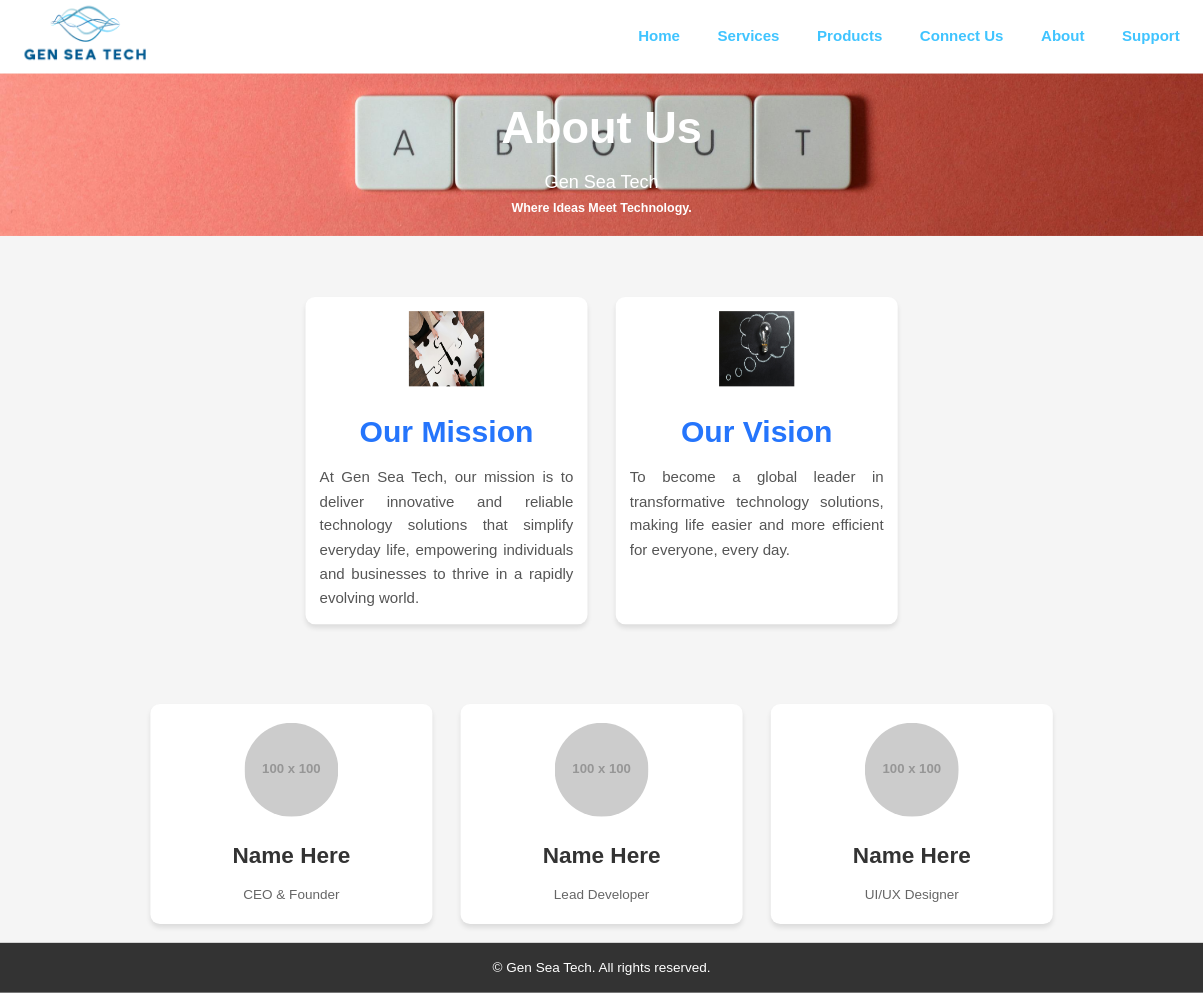
Repository: aniketkhatawkar/Gen_Sea_Tech
Page: http://localhost/GenSeaTech/about.jsp
The author's editor kept a copy of each file at every save. The page is drawn from the files as they stood at one save, then again after the next save.
The browser window is 1280 px wide. The pictures show the whole page, at 94% of full size.
The page is served by Tomcat 10. Other server files are loaded and not shown.

Above is the page before, as saved 2024-12-14 12:01:01.

### GenSeaTech/src/main/webapp/about.jsp
<!DOCTYPE html>
<html lang="en">
<head>
<meta charset="UTF-8">
<meta name="viewport" content="width=device-width, initial-scale=1.0">
<title>About</title>
<link rel="icon" href="assets/logo.png" type="image/png" >
<style>
    * {
        margin: 0;
        padding: 0;
        box-sizing: border-box;
        font-family: 'Arial', sans-serif;
    }

    body {
        background-color: #f5f5f5;
        color: #333;
        overflow-x: hidden;
    }

    header {
	    background:  url("assets/about.jpg") no-repeat center center;
	    background-size: cover;
	    object-fit: cover;
	    color: white;
	    padding: 20px 10px;
	    text-align: center;
	}

    header h1 {
        font-size: 3rem;
        margin-bottom: 5px;
    }

    header p {
        font-size: 1.2rem;
    }

    .mission-vision-section {
        display: flex;
        flex-wrap: wrap;
        justify-content: center;
        gap: 30px;
        margin: 15px;
        padding: 50px;
    }

    .mission-vision-card {
        background: white;
        border-radius: 10px;
        box-shadow: 0 4px 6px rgba(0, 0, 0, 0.1);
        padding: 15px;
        text-align: center;
        width: 300px;
        transition: transform 0.3s ease, box-shadow 0.3s ease;
    }

    .mission-vision-card img {
        width: 80px;
        height: 80px;
        margin-bottom: 15px;
    }

    .mission-vision-card h2 {
        font-size: 2rem;
        color: #2575fc;
        margin-bottom: 10px;
    }

    .mission-vision-card p {
        font-size: 1rem;
        line-height: 1.6;
        color: #555;
        text-align: justify;
    }

    .about-section {
        display: flex;
        flex-wrap: wrap;
        justify-content: center;
        padding: 20px 10px;
        gap: 30px;
    }

    .about-card {
        background: white;
        border-radius: 10px;
        box-shadow: 0 4px 6px rgba(0, 0, 0, 0.1);
        padding: 20px;
        text-align: center;
        width: 300px;
        transition: transform 0.3s ease, box-shadow 0.3s ease;
    }

    .about-card:hover {
        transform: translateY(-10px);
        box-shadow: 0 8px 12px rgba(0, 0, 0, 0.2);
    }

    .about-card img {
        width: 100px;
        height: 100px;
        border-radius: 50%;
        margin-bottom: 15px;
    }

    .about-card h3 {
        margin-bottom: 10px;
        font-size: 1.5rem;
    }

    .about-card p {
        font-size: 0.9rem;
        color: #666;
    }

    @media (max-width: 768px) {
        header h1 {
            font-size: 2.5rem;
        }

        .mission-vision-card {
            width: 100%;
            max-width: 400px;
        }

        .about-card {
            width: 100%;
            max-width: 300px;
        }
    }
</style>
</head>
<body>
	<!-- NavBar -->
	<%@ include file="navbar.jsp" %>

    <header>
        <h1>About Us</h1>
        <p>Gen Sea Tech</p>
        <h5>Where Ideas Meet Technology.</h5>
    </header>

    <section class="mission-vision-section">
        <div class="mission-vision-card">
            <img src="assets/mission.jpg" alt="Mission Icon">
            <h2>Our Mission</h2>
            <p>At Gen Sea Tech, our mission is to deliver innovative and reliable technology solutions that simplify everyday life, empowering individuals and businesses to thrive in a rapidly evolving world.</p>
        </div>

        <div class="mission-vision-card">
            <img src="assets/vision.jpg" alt="Vision Icon">
            <h2>Our Vision</h2>
            <p>To become a global leader in transformative technology solutions, making life easier and more efficient for everyone, every day.</p>
        </div>
    </section>

    <section class="about-section" id="team">
        <div class="about-card">
            <img src="https://via.placeholder.com/100" alt="Team Member">
            <h3>Name Here</h3>
            <p>CEO & Founder</p>
        </div>

        <div class="about-card">
            <img src="https://via.placeholder.com/100" alt="Team Member">
            <h3>Name Here</h3>
            <p>Lead Developer</p>
        </div>

        <div class="about-card">
            <img src="https://via.placeholder.com/100" alt="Team Member">
            <h3>Name Here</h3>
            <p>UI/UX Designer</p>
        </div>
    </section>

	<!-- Footer -->
    <%@ include file="footer.jsp" %>
</body>
</html>

### GenSeaTech/src/main/webapp/navbar.jsp
<%@ page language="java" contentType="text/html; charset=UTF-8"
    pageEncoding="UTF-8"%>
<!DOCTYPE html>
<html>
<head>
<meta charset="UTF-8">
<title>Gen Sea Tech</title>
<link rel="icon" href="assets/logo.png" type="image/png" >
<style>
* {
	margin: 0;
	padding: 0;
	box-sizing: border-box;
	font-family: Arial, sans-serif;
}

body {
	line-height: 1.6;
}
.navbar {
	background-color: #ffffff;
	color: #fff;
	padding: 5px 5px;
	display: flex;
	justify-content: space-between;
	align-items: center;
	position: relative;
}

.navbar a {
	color: #40c4ff;
	text-decoration: none;
	margin: 0 20px;
	font-weight: bold;
}

.navbar a:hover {
	color: #757575;
}

.links {
	display: flex;
}
@media (max-width: 768px) {
	.links {
		display: none;
		flex-direction: column;
		background-color: #333;
		position: absolute;
		top: 50px;
		right: 10px;
		width: 200px;
		border-radius: 5px;
		box-shadow: 0px 4px 6px rgba(0, 0, 0, 0.1);
	}

	.links a {
		margin: 10px 0;
		text-align: center;
	}

	.hamburger {
		display: flex;
	}

	.links.active {
		display: flex;
	}
}
</style>
</head>
<body>
	<div class="navbar">
		<div class="logo">
        <a href="home.jsp"><img src="assets/namelogo.png" alt="Gen Sea Tech Logo" style="height: 60px; margin-right: 10px;"></a>
    	</div>
		<div class="links">
			<a href="home.jsp">Home</a>
			<a href="services.jsp">Services</a>
			<a href="products.jsp">Products</a>
			<a href="connectus.jsp">Connect Us</a>
			<a href="about.jsp">About</a>
			<a href="#support.jsp">Support</a>
		</div>
	</div>
</body>
</html>

### GenSeaTech/src/main/webapp/footer.jsp
<%@ page language="java" contentType="text/html; charset=UTF-8"
    pageEncoding="UTF-8"%>
<!DOCTYPE html>
<html>

<head>

<style>
	footer {
        background-color: #333;
        color: white;
        text-align: center;
        padding: 15px;
        margin-top: 0px;
    }

    footer p {
        font-size: 0.9rem;
    }
</style>

	<meta charset="UTF-8">
	<title>Footer</title>
</head>

<body>
	<footer>
        <p>&copy; Gen Sea Tech. All rights reserved.</p>
    </footer>
</body>

</html>

After the next save:
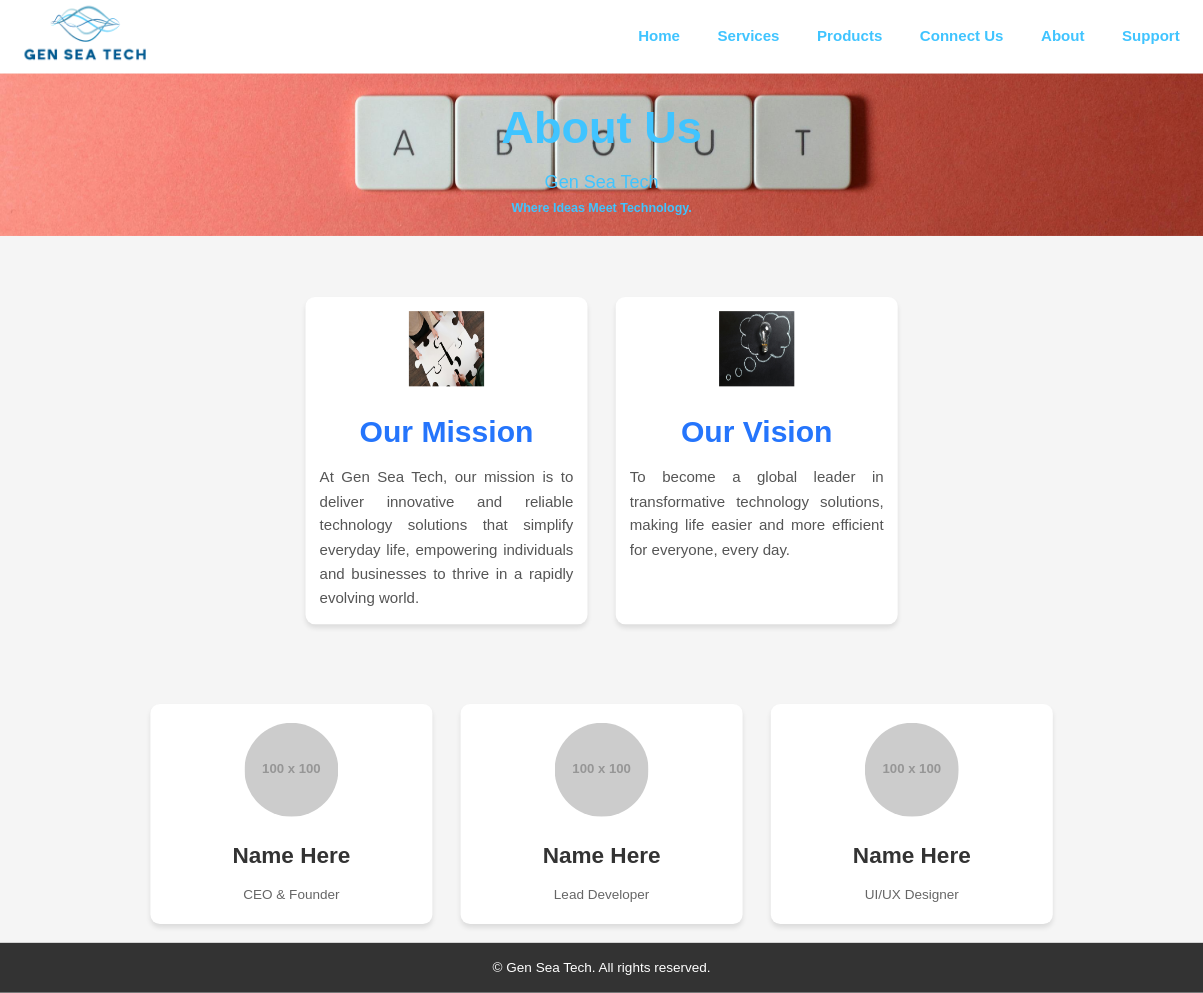
Saved 95 s later.
--- a/GenSeaTech/src/main/webapp/about.jsp
+++ b/GenSeaTech/src/main/webapp/about.jsp
@@ -23,7 +23,7 @@
 	    background:  url("assets/about.jpg") no-repeat center center;
 	    background-size: cover;
 	    object-fit: cover;
-	    color: white;
+		color: #40c4ff;
 	    padding: 20px 10px;
 	    text-align: center;
 	}
